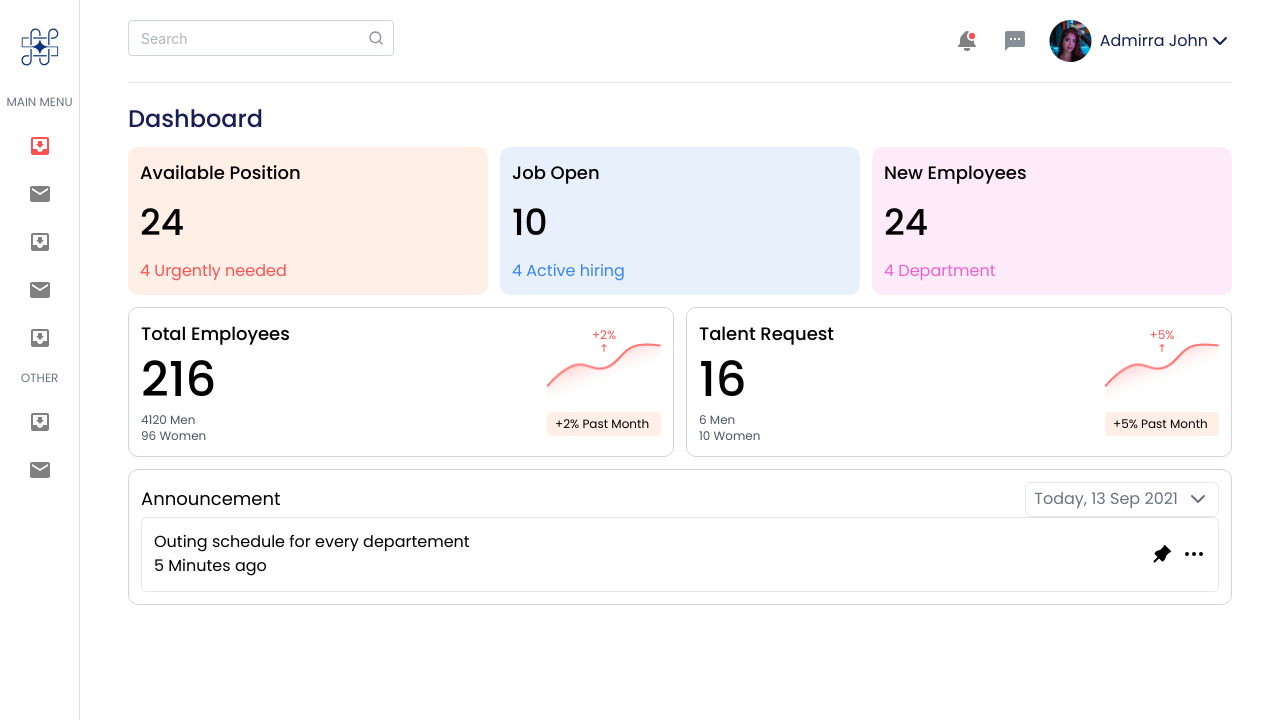
Repository: SatyaDewangan05/sample-dashboard
Page: /
These files come from the project's save history. The page is drawn as it stood at one moment and after the next save; the edit follows.
The browser window is 1280 px wide. The pictures show the whole page.
The project was rebuilt for these pictures with package versions that can differ from the ones it lists, and the page was loaded fresh each time. The framework's server and built-in components were replaced by stand-ins that run in the browser. Also part of the build but not shown: next.config.mjs.

Above is the page before, as saved 2024-09-22 00:49:01.

After the next save:
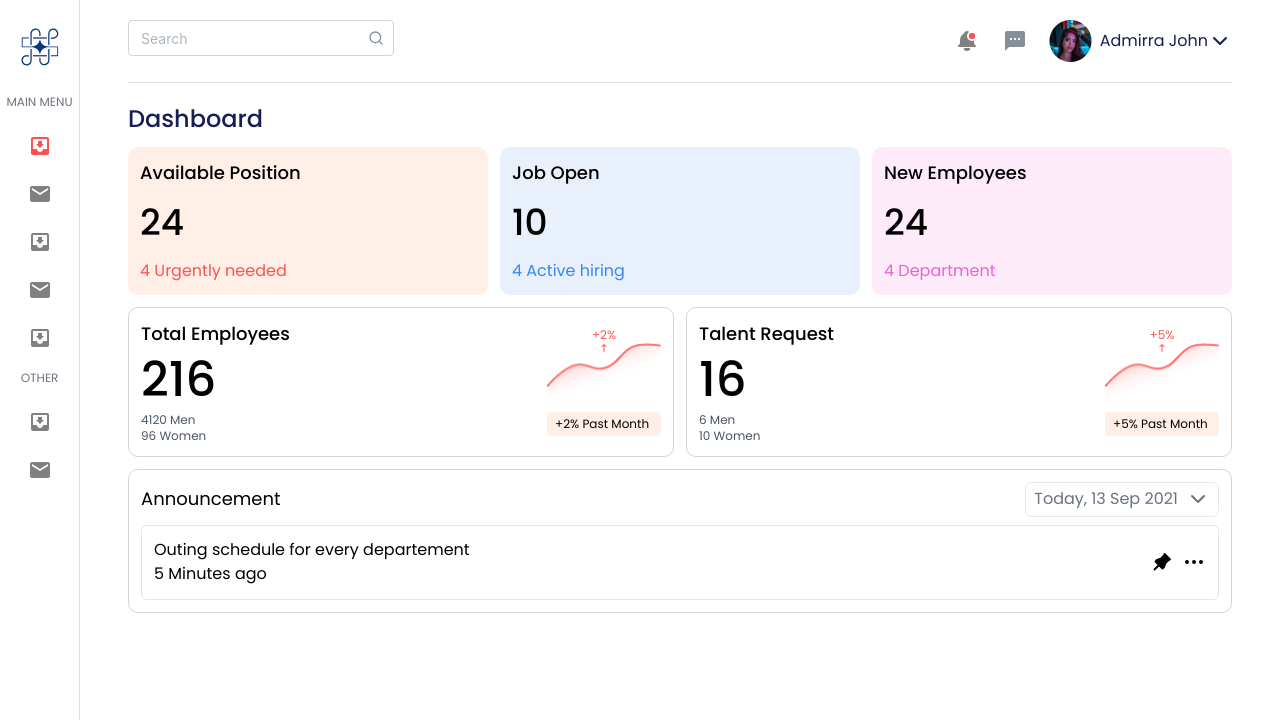
Saved 19 s later.
--- a/src/app/page.jsx
+++ b/src/app/page.jsx
@@ -109,7 +109,7 @@ export default function Home() {
             </div>
 
             <div className="p-3 rounded-[10px] border border-gray-300">
-              <div className="flex justify-between items-center">
+              <div className="mb-2 flex justify-between items-center">
                 <p className="text-lg">Announcement</p>
                 <div className="px-2 py-1 rounded-md border border-gray-200 flex items-center gap-2 text-gray-500">
                   <p>Today, 13 Sep 2021</p>
